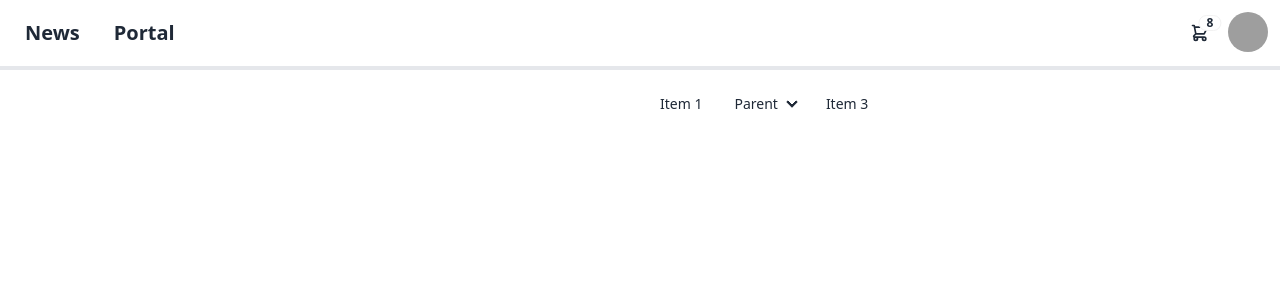
Repository: RudrasahaDibos/news-portal
Page: index.html
An editor plug-in stored every save of this project. The page is shown before and after the next save, followed by the edit.
The browser window is 1280 px wide. The pictures show the whole page.
Pictures or frames that could not be fetched are drawn as grey boxes. Some web libraries are served in a nearby version.

Above is the page before, as saved 2024-11-23 14:57:55.

After the next save:
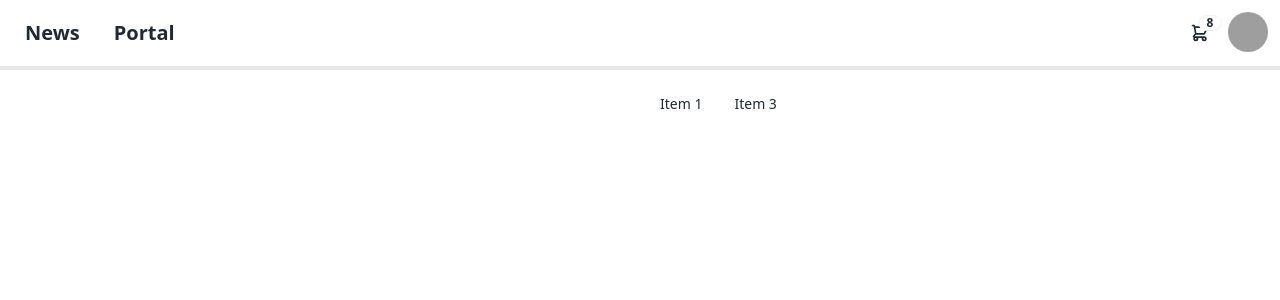
Saved 16 s later.
--- a/index.html
+++ b/index.html
@@ -113,15 +113,7 @@
                     <div class="navbar-center hidden lg:flex">
                       <ul class="menu menu-horizontal px-1">
                         <li><a>Item 1</a></li>
-                        <li>
-                          <details>
-                            <summary>Parent</summary>
-                            <ul class="p-2">
-                              <li><a>Submenu 1</a></li>
-                              <li><a>Submenu 2</a></li>
-                            </ul>
-                          </details>
-                        </li>
+
                         <li><a>Item 3</a></li>
                       </ul>
                     </div>
